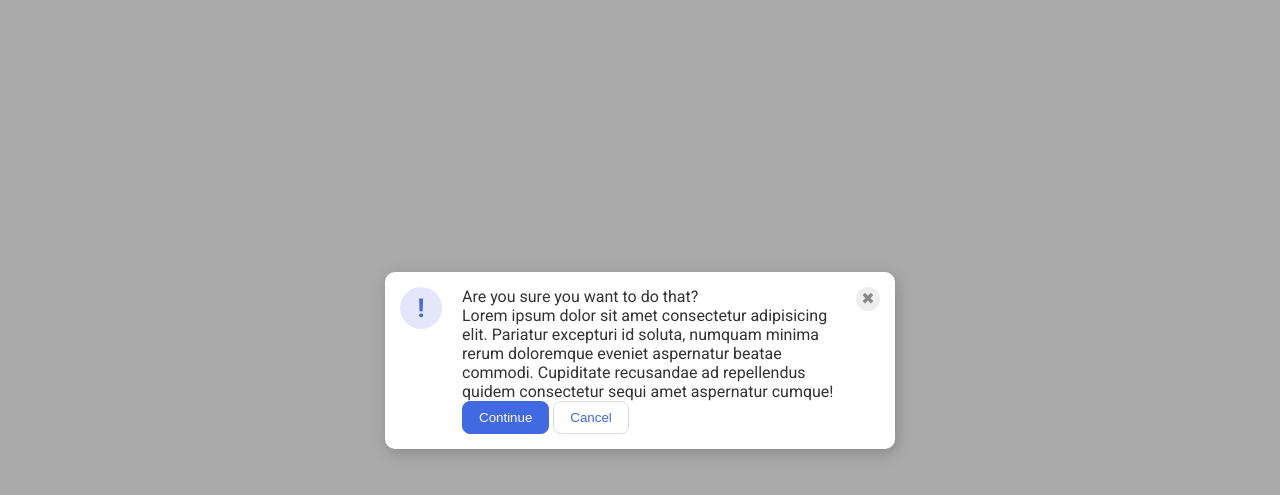
Repository: ridgely/css-exercises
Page: flex/05-flex-modal/index.html
An editor plug-in stored every save of this project. The page is shown before and after the next save, followed by the edit.
The browser window is 1280 px wide. The pictures show the whole page.

Above is the page before, as saved 2022-07-06 14:22:36.

After the next save:
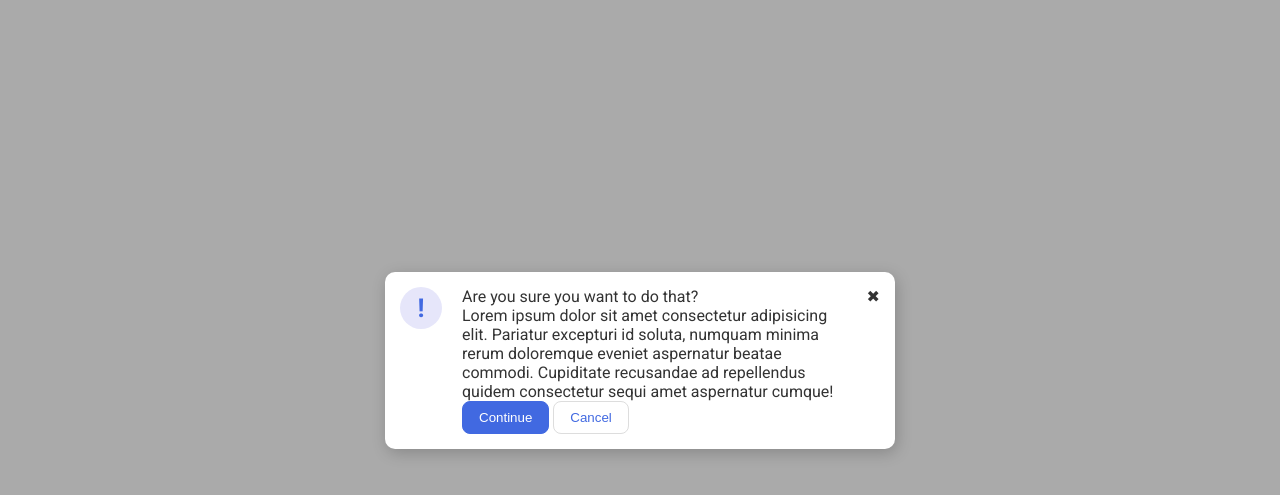
Saved 51 s later.
--- a/flex/05-flex-modal/style.css
+++ b/flex/05-flex-modal/style.css
@@ -38,6 +38,8 @@
   justify-content: center;
 }
 
+.column
+
 .close-button {
   background: #eee;
   border-radius: 50%;

After the save that followed:
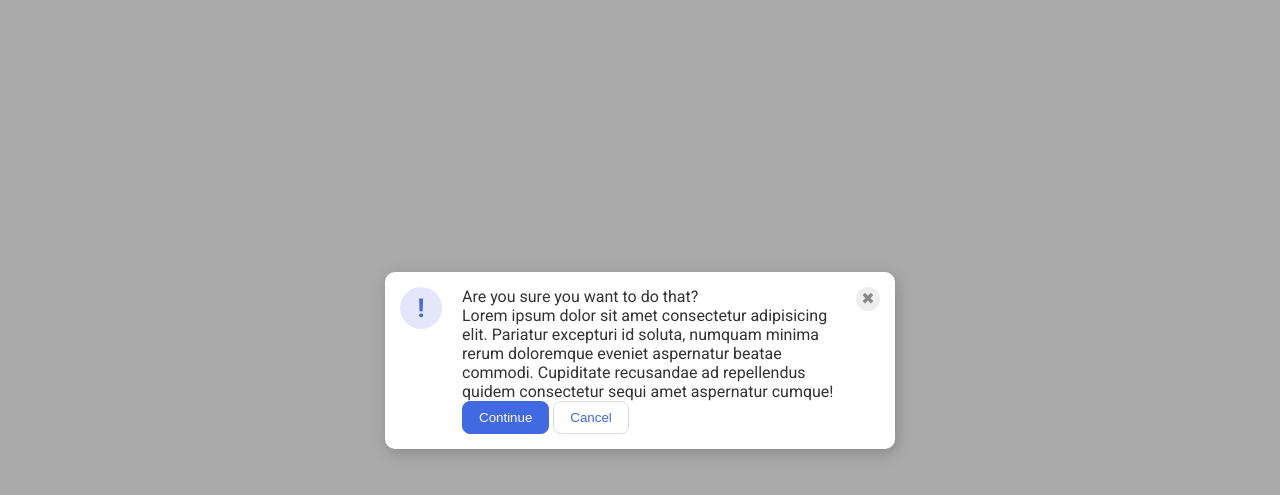
Saved 5 s later.
--- a/flex/05-flex-modal/style.css
+++ b/flex/05-flex-modal/style.css
@@ -38,7 +38,9 @@
   justify-content: center;
 }
 
-.column
+.column-2 {
+
+}
 
 .close-button {
   background: #eee;
